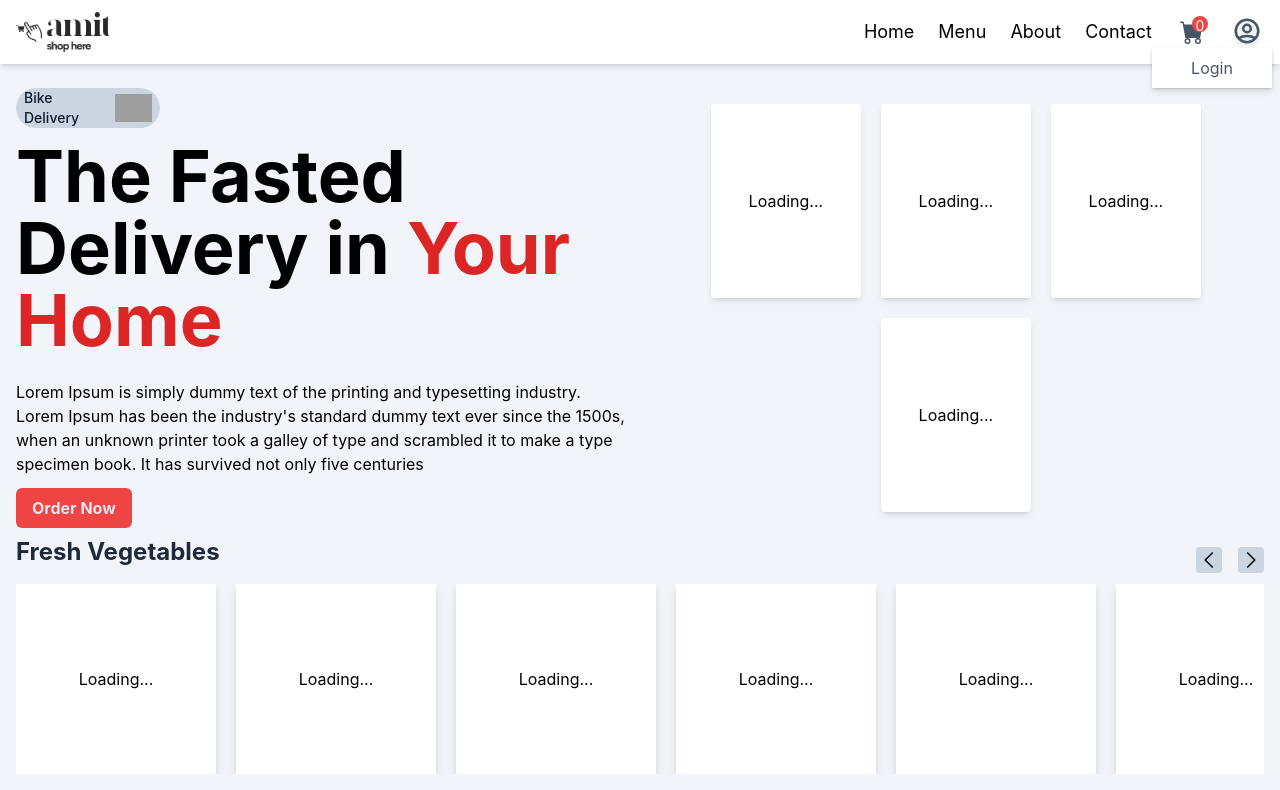
Repository: Lehuyhuynh/Web_ban_hoa_qua
Page: / (app in frontend/), after clicking the first element matching `div.flex > :nth-child(3)`
These files come from the project's save history. The page is drawn as it stood at one moment and after the next save; the edit follows.
The browser window is 1280 px wide. The pictures show the whole page.
Pictures or frames that could not be fetched are drawn as grey boxes. The page's requests for data from a server got no answer. The project was rebuilt for these pictures with package versions that can differ from the ones it lists, and the page was loaded fresh each time. No one was signed in, and anything a server would have sent is missing. Also part of the build but not shown: frontend/src/page/Menu.js, frontend/src/page/About.js, frontend/src/page/Contact.js, frontend/src/page/login.js, frontend/src/utility/ImagetoBase64.js, frontend/src/page/Newproduct.js, frontend/src/page/Signup.js.

Above is the page before, as saved 2024-01-06 10:01:33.

After the next save:
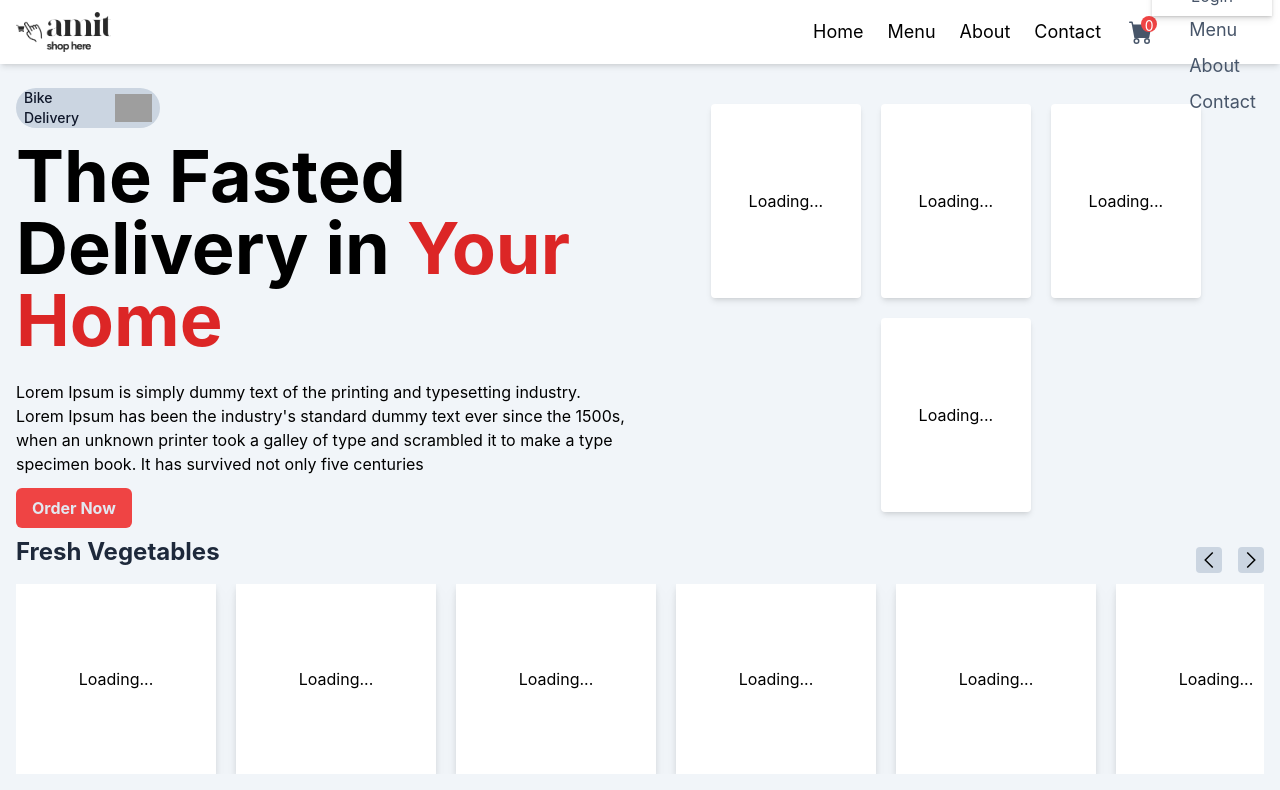
Saved 28 s later.
--- a/frontend/src/component/Header.js
+++ b/frontend/src/component/Header.js
@@ -85,7 +85,7 @@
               </div>
             )}
 
-            <nav className="text-base md:text-lg flex flex-col md:hidden">
+            <nav className="text-base md:text-lg flex flex-col ">
               <Link to={""} className="px-2 py-1">
                 Home
               </Link>

After the save that followed:
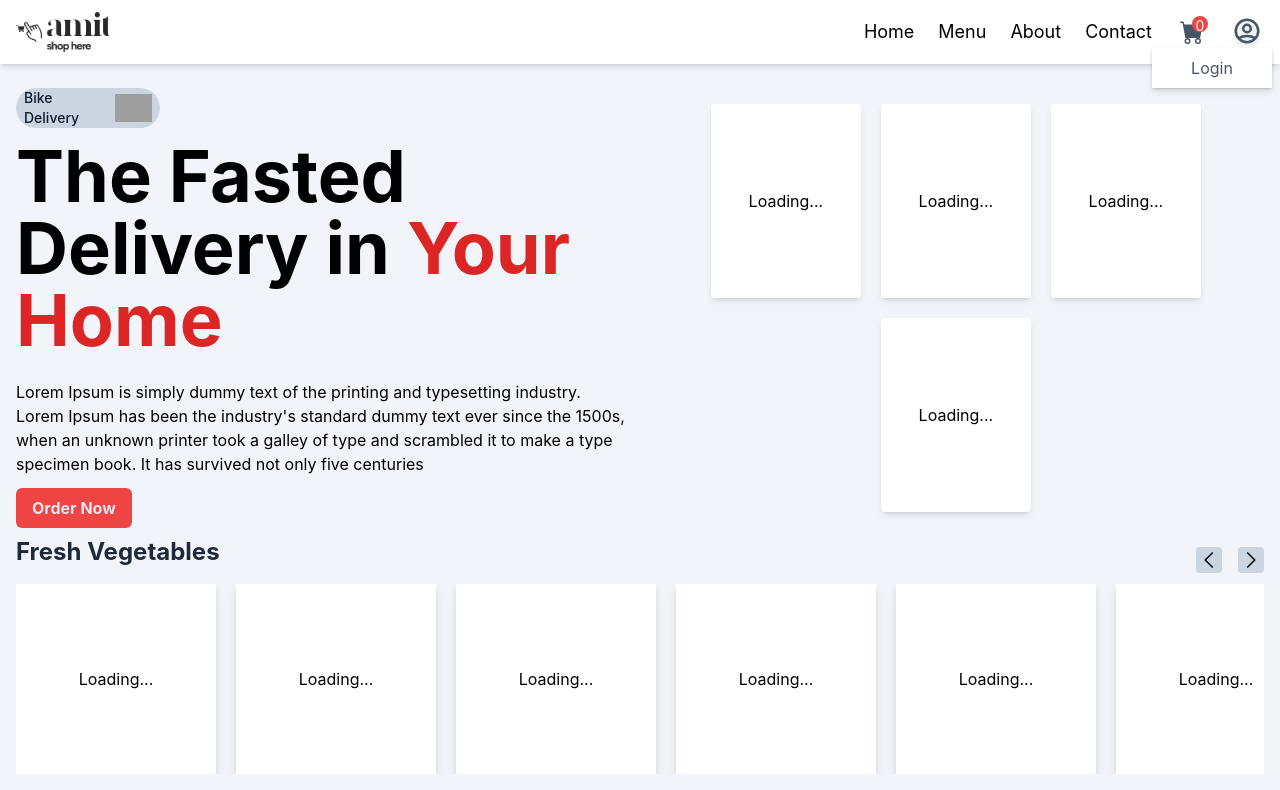
Saved 90 s later.
--- a/frontend/src/component/Header.js
+++ b/frontend/src/component/Header.js
@@ -85,7 +85,7 @@
               </div>
             )}
 
-            <nav className="text-base md:text-lg flex flex-col ">
+            <nav className="text-base md:text-lg flex flex-col md:hidden">
               <Link to={""} className="px-2 py-1">
                 Home
               </Link>
